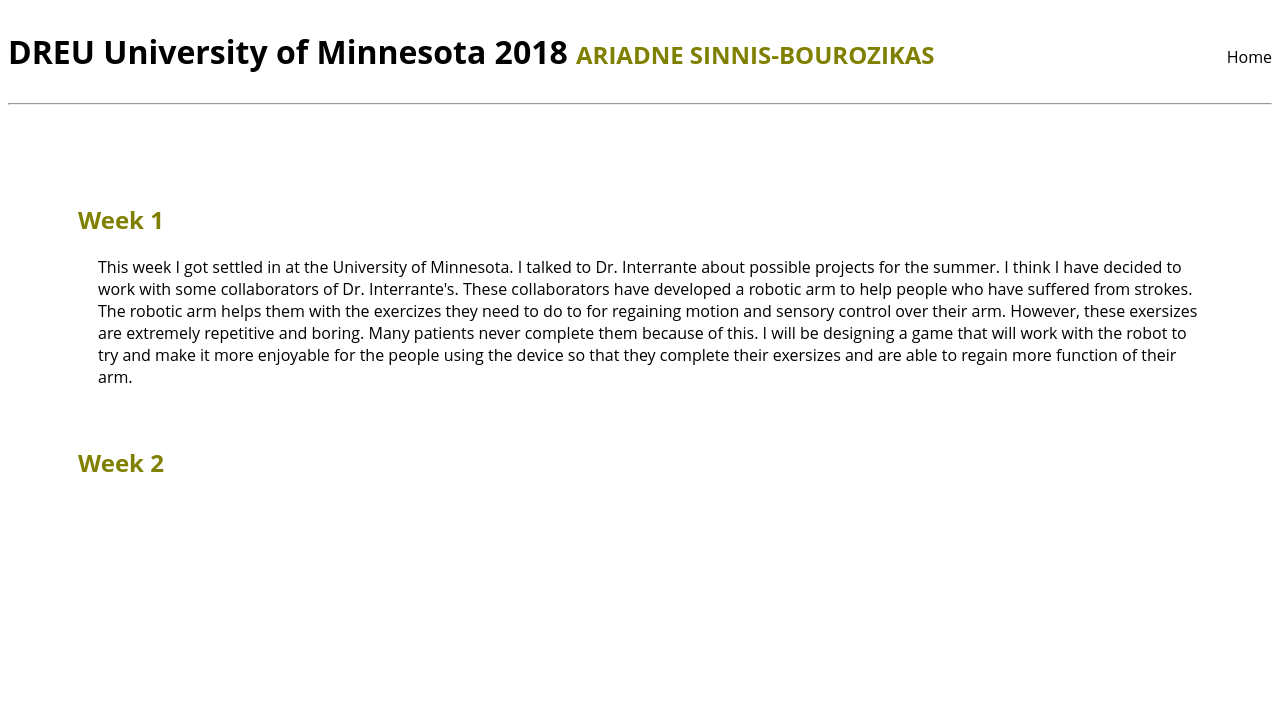
Repository: ariadnesb/dreu2018
Page: journal.html
The author's editor kept a record of every edit. The page is drawn from the files as they stood at one moment, then again after the next edit.
The browser window is 1280 px wide. The pictures show the whole page.

Above is the page before.

### journal.html
<!DOCTYPE html>
<html>
    <head>
        <title>It's me</title>
        <link rel="stylesheet" href="styles.css">
        <link href="https://fonts.googleapis.com/css?family=Roboto" rel="stylesheet">
    </head>
</html>

<body>
    <div id="header">
        <br>
        <h1>DREU University of Minnesota 2018 </h1>
        <h2>ARIADNE SINNIS-BOUROZIKAS</h2>

        <ul class="nav-bar">
            <li><a href="./index.html">Home</a></li>
        </ul>
         <br>
        <br>
        <hr>

    </div>


    <div id = "journal">
        <h2> Week 1 </h2>
        <p>
            This week I got settled in at the University of Minnesota. I talked to
            Dr. Interrante about possible projects for the summer. I think I have
            decided to work with some collaborators of Dr. Interrante's. These collaborators
            have developed a robotic arm to help people who have suffered from strokes. The
            robotic arm helps them with the exercizes they need to do to for regaining motion
            and sensory control over their arm. However, these exersizes are extremely
            repetitive and boring. Many patients never complete them because of this.
            I will be designing a game that will work with the robot
            to try and make it more enjoyable for the people using the device so that they
            complete their exersizes and are able to regain more function of their arm.

        </p>
        <br><h2> Week 2 </h2>
    </div>


</body>

### styles.css
html {
  /* everything that u put here will impact contents of <html>
  aka everything */
  font-family: 'Open Sans', sans-serif;
  background-color: offwhite;

}

#custom-id {
    background-color: black;
    color: white;
}

.custom-class{
    color: blue;
    display: inline;

}

#name {
    color: #66D167;
}

#header h1 {
    display: inline;
}

#header h2 {
    display: inline;
    color: olive;
}

#header .nav-bar  {
    display: inline;
    float: right;
    list-style-type: none;

}

#header li {
    display: inline;
    padding: 0;
    background-color: none;
}

 a {
    text-decoration: none;
    display: inline;
    color: black;

}

 a:hover {
    background-color: olive;
    display: inline;
    color:white;
}

#emb_link {
    text-decoration: underline;
}

#journal {
    display:inline-block;
    margin: 70px;
}

#journal h2 {
    color: olive;
}

#journal p{
    margin-left: 20px;
}

#paragraph {
    margin: 70px;
}

After the next edit:
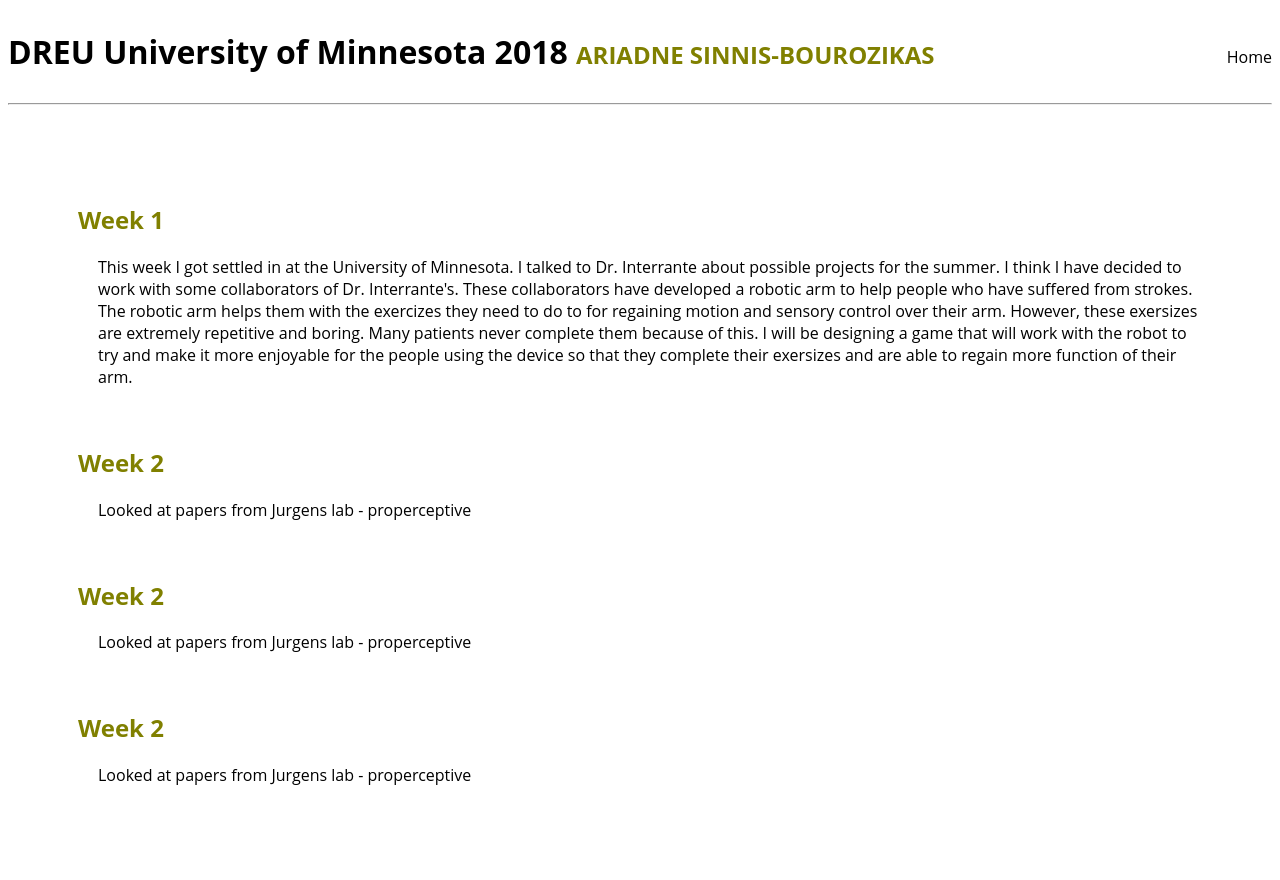
The edit:
--- a/journal.html
+++ b/journal.html
@@ -39,6 +39,18 @@
 
         </p>
         <br><h2> Week 2 </h2>
+        <p>
+            Looked at papers from Jurgens lab - properceptive
+        </p>
+
+         <br><h2> Week 2 </h2>
+        <p>
+            Looked at papers from Jurgens lab - properceptive
+        </p>
+         <br><h2> Week 2 </h2>
+        <p>
+            Looked at papers from Jurgens lab - properceptive
+        </p>
     </div>
 
 
